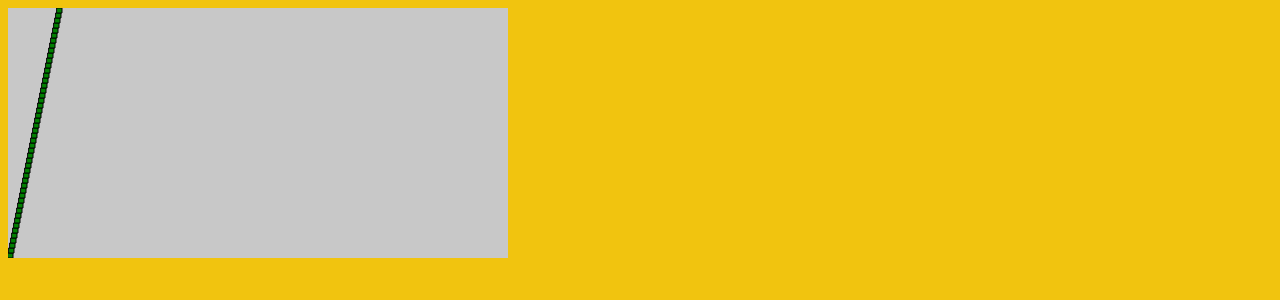
Repository: animarcus/graphing-app
Page: index.html
These files come from the project's save history. The page is drawn as it stood at one moment and after the next save; the edit follows.
The browser window is 1280 px wide. The pictures show the whole page.
Some web libraries are served in a nearby version.

Above is the page before, as saved 2020-09-21 22:57:37.

After the next save:
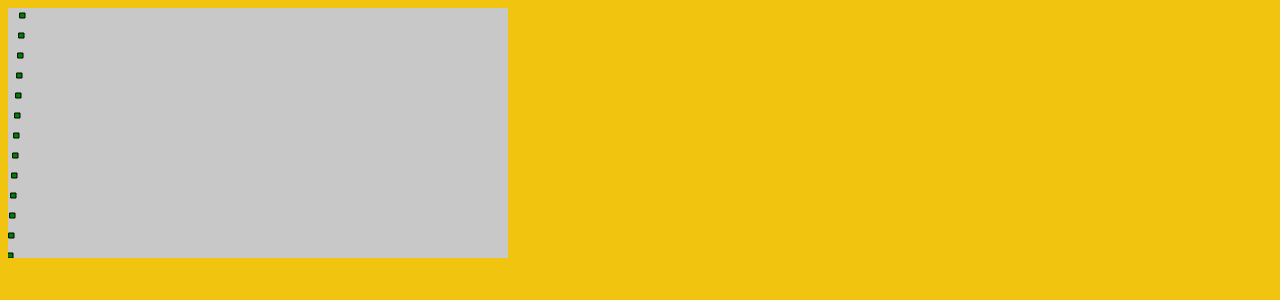
Saved 8 s later.
--- a/js/sketch.js
+++ b/js/sketch.js
@@ -3,7 +3,7 @@ function setup() {
 }
 let images = [];
 for (let i = 0; i < 500; i = i + 10) {
-  let result = i/2;
+  let result = i*2;
   result = -result + 245;
   images.push(result);
 }
